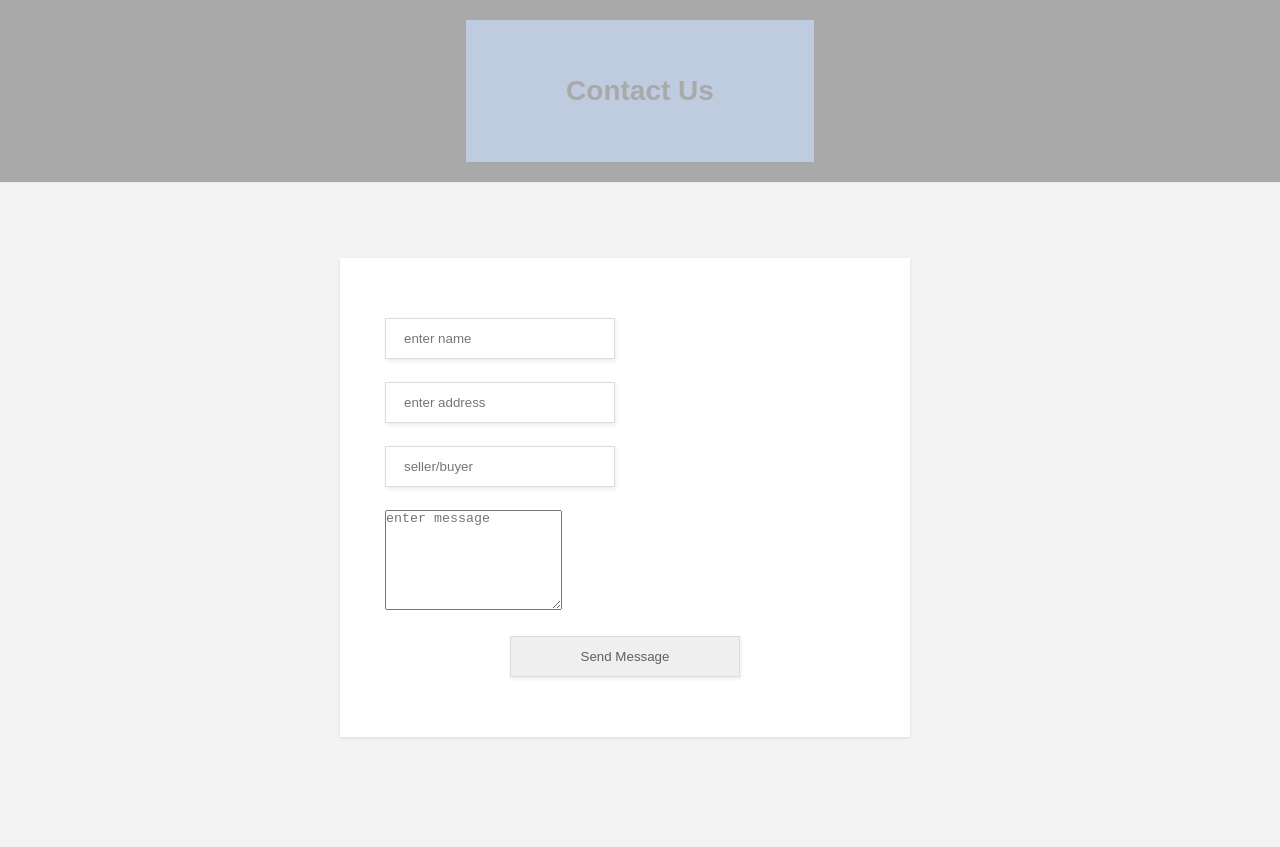
Repository: 0suh/SKKU_Web_project
Page: http://localhost/2018312257_YoungSuhChin_project/contact.jsp
The author's editor kept a copy of each file at every save. The page is drawn from the files as they stood at one save, then again after the next save.
The browser window is 1280 px wide. The pictures show the whole page.
The page is served by Tomcat 9.

Above is the page before, as saved 2020-12-20 08:16:35.

After the next save:
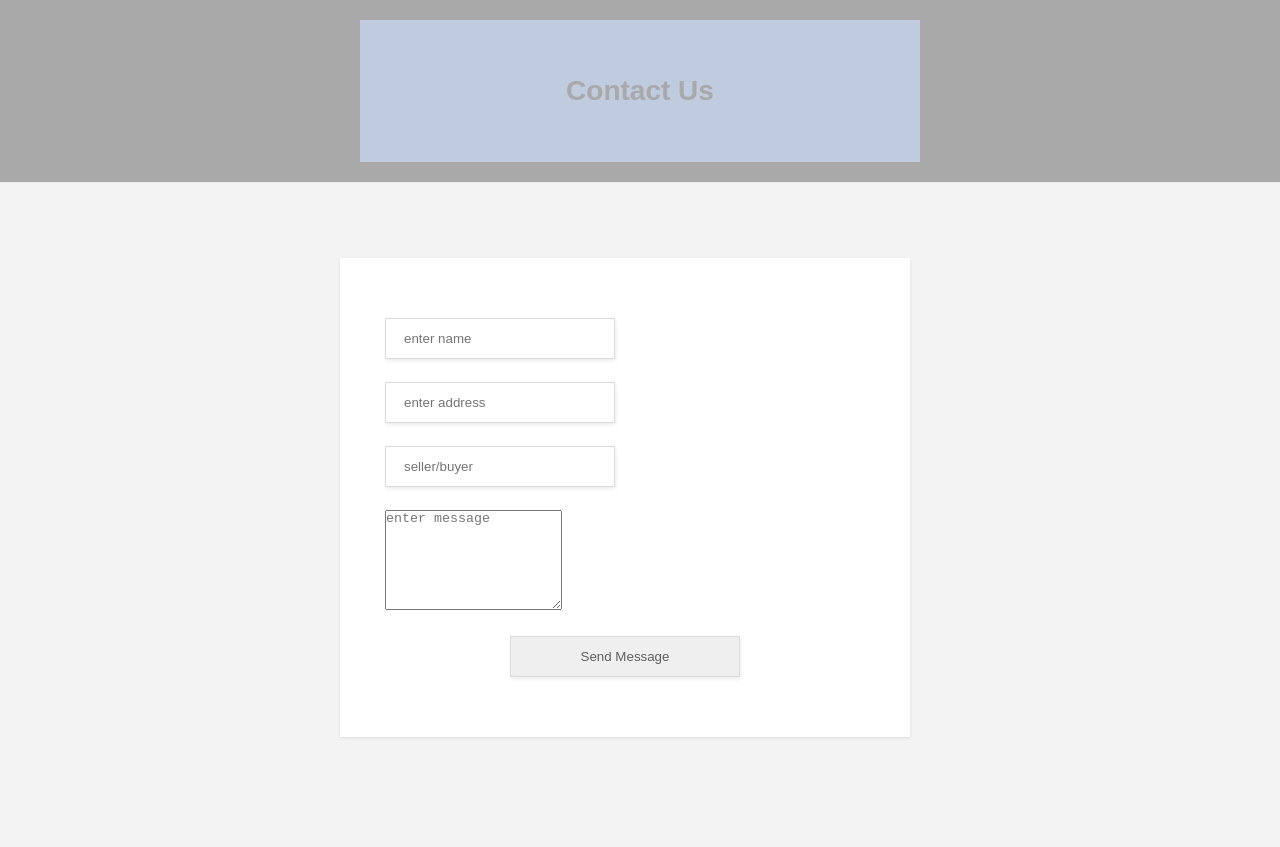
Saved 26 s later.
--- a/FinalProject/2018312257_YoungSuhChin_project/WebContent/css/market.css
+++ b/FinalProject/2018312257_YoungSuhChin_project/WebContent/css/market.css
@@ -26,8 +26,7 @@ footer p{ /*footer text*/
 	text-align:center;
 }
 .contact h1{
-	padding-left:100px;
-	padding-right:100px;
+	width:560px;
 	background-color:#bfcbde;
 	color: #A9A9A9;
 	text-align:center;
